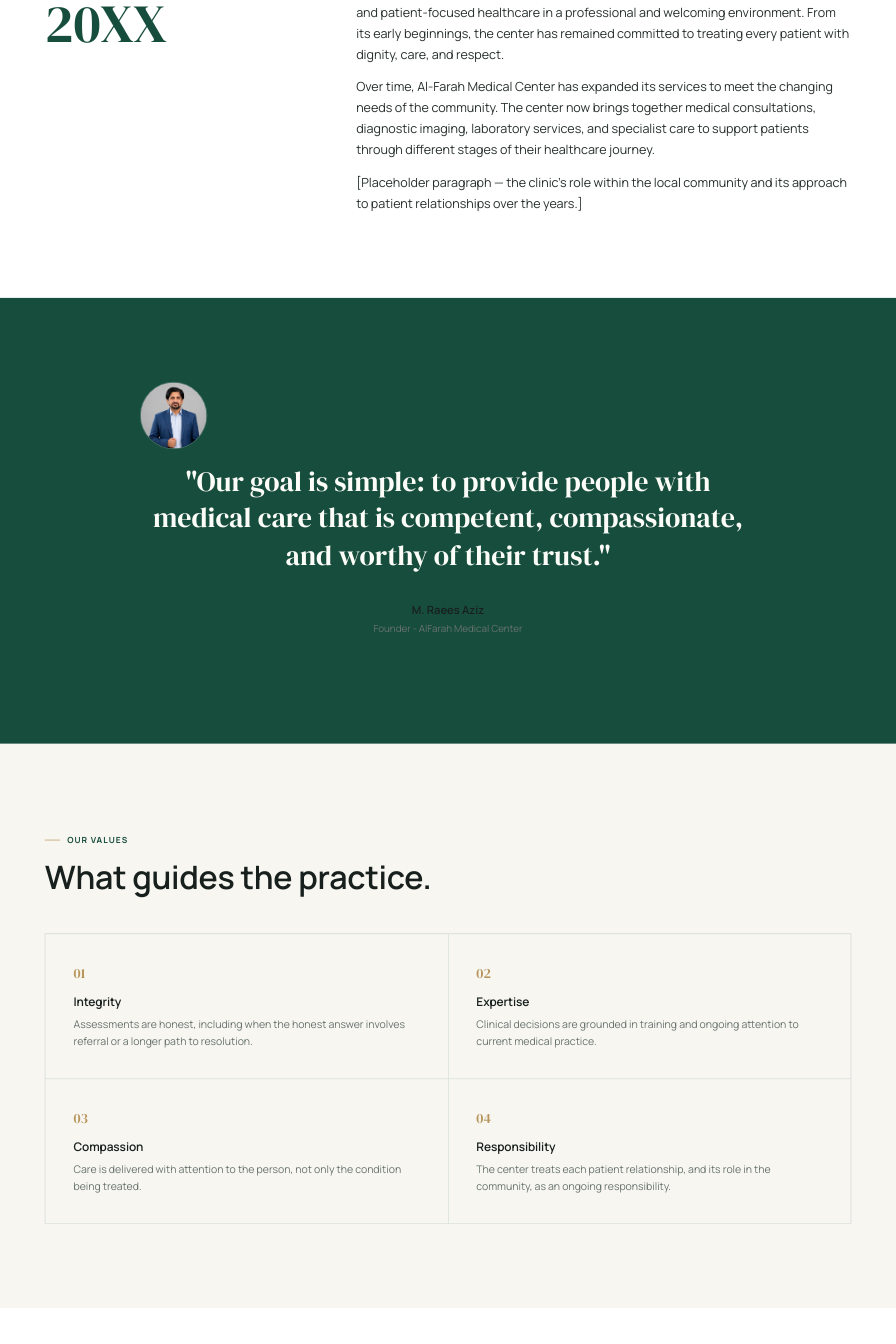
Repository: mraeesaziz45/al-farah
Page: about.html
The author's editor kept a copy of each file at every save. The page is drawn from the files as they stood at one save, then again after the next save.
The browser window is 1280 px wide. The pictures show the part of the page from y = 662 to 2582 px (the page is 4192 px tall before and 4252 px after), at 70% of full size.

Above is the page before, as saved 2026-09-19 18:40:02.

After the next save:
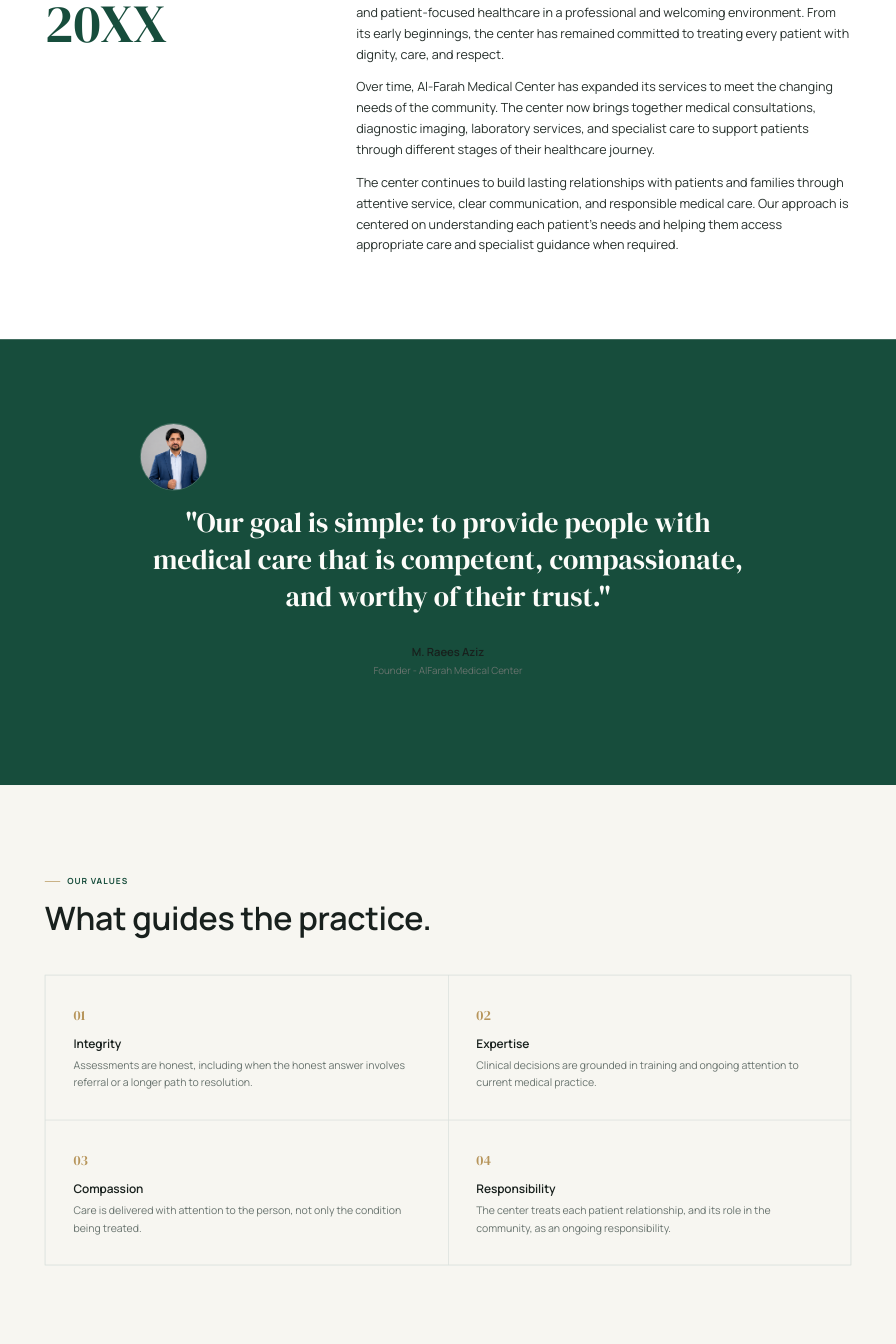
Saved 10 s later.
--- a/about.html
+++ b/about.html
@@ -77,7 +77,7 @@
       <div class="story-text" data-reveal>
         <p class="body-lg">Al-Farah Medical Center was established with the aim of providing accessible, reliable, and patient-focused healthcare in a professional and welcoming environment. From its early beginnings, the center has remained committed to treating every patient with dignity, care, and respect.</p>
         <p class="body-lg">Over time, Al-Farah Medical Center has expanded its services to meet the changing needs of the community. The center now brings together medical consultations, diagnostic imaging, laboratory services, and specialist care to support patients through different stages of their healthcare journey.</p>
-        <p class="body-lg">[Placeholder paragraph — the clinic's role within the local community and its approach to patient relationships over the years.]</p>
+        <p class="body-lg">The center continues to build lasting relationships with patients and families through attentive service, clear communication, and responsible medical care. Our approach is centered on understanding each patient's needs and helping them access appropriate care and specialist guidance when required.</p>
       </div>
     </div>
   </section>
